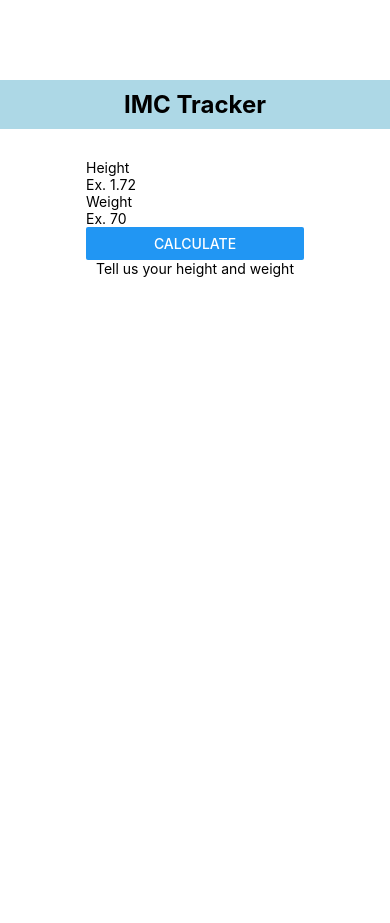
Repository: rubenmatias08/IMCTracker
Screen: /
These files come from the project's save history. The screen is drawn as it stood at one moment and after the next save; the edit follows.
The app was drawn by React Native's web renderer in a window 390 px wide. The project was rebuilt for these pictures with package versions that can differ from the ones it lists, and the page was loaded fresh each time.

Above is the screen before, as saved 2024-03-10 17:28:37.

After the next save:
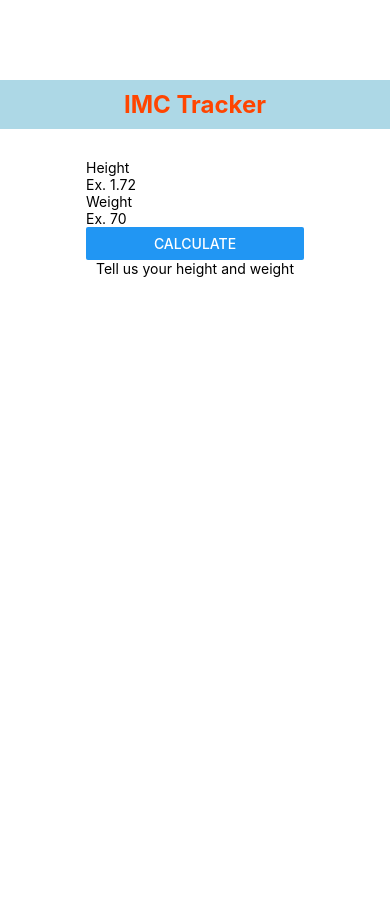
Saved 18 s later.
--- a/src/components/Title/style.js
+++ b/src/components/Title/style.js
@@ -8,7 +8,7 @@ const styles = StyleSheet.create( {
         backgroundColor:"#ADD8E6"
     },
     textTitle: {
-        color:"",
+        color:"#FF4500",
         fontSize:24,
         fontWeight:"bold"
     }
